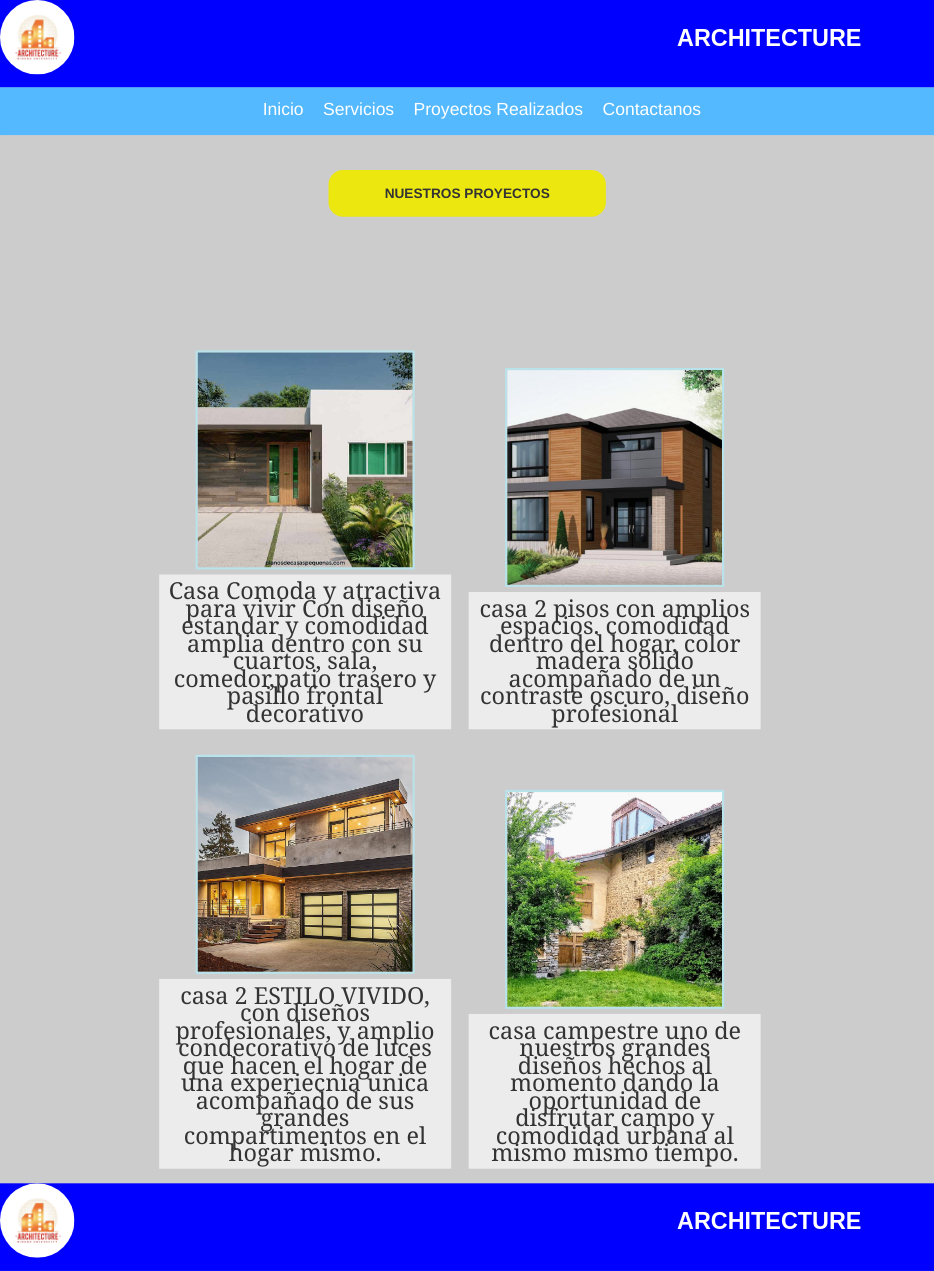
Repository: gabrielestrella18/htdocs
Page: http://localhost/arquitectos/proyectos.php
An editor plug-in stored every save of this project. The page is shown before and after the next save, followed by the edit.
The browser window is 1280 px wide. The pictures show the whole page, at 73% of full size.
The page is run by PHP 8.4 with error messages shown; the project is at /var/www/html/. The database holds what the project's SQL file puts in it.

Above is the page before, as saved 2023-12-11 12:01:41.

### arquitectos/proyectos.php
<!DOCTYPE html>
<html lang="en">
  <head>
    <title></title>
    <meta charset="UTF-8">
    <meta name="viewport" content="width=device-width, initial-scale=1">
    <link href="estilo.css" rel="stylesheet">
  </head>
  <body>
  <?php
  include "arriba.php"
  ?>

<?php
include "menu.php"

?>

<br><br>
<div class="ser">
<h3 class="serv">NUESTROS PROYECTOS</h3>
</div>
<br><br><br><br><br>




<BR></BR>

<div class="contenedor">
    <?php
    include "conexion.php";
    $todos_usuarios = "SELECT * FROM contenidos ORDER BY id ASC";
    $resultado = mysqli_query($conexion, $todos_usuarios);

    while ($registro = mysqli_fetch_assoc($resultado)) {
    ?>
<div class="cajas">
    <a href="<?php  echo $registro['descripcion']?>"
    target="_blank">
    <img class="fotos_promo" src="<?php echo $registro['descripcion'];  ?>"></a>
    <br>
    <p class="titulo_promo"><?php  echo $registro['ruta']; ?></p>
</div>
<?php
    }
?>
</div>




<?php
include "abajo.php"
?>


  </body>
</html>

### arquitectos/arriba.php
<div class="azul">
  <img  class="lg"src="imagenes/arch.jpg" alt="">

  <h1>ARCHITECTURE</h1>
</div>

### arquitectos/menu.php
<div class="menu">
<div class="menuOpciones">
            <a href="index.php">Inicio</a>
            <a href="servicios.php">Servicios</a>
            <a href="proyectos.php">Proyectos Realizados</a>
            <a href="contactos.php">Contactanos</a>
            </div>

</div>

### arquitectos/conexion.php
<?php
$host = "localhost";
$user = "root";
$pass = "";
$bd = "arquitectos";

$conexion = mysqli_connect($host, $user, $pass, $bd);

if (!$conexion){
echo"NO se conecto";
}

### arquitectos/abajo.php

<div class="azul">
  <img  class="lg"src="imagenes/arch.jpg" alt="">

  <h1>ARCHITECTURE</h1>
</div>

### arquitectos/estilo.css
* {
    box-sizing: border-box;
    margin: 0;
    padding: 0;
}

body {
    font-family: helvetica;
    font-size: 16px;
    line-height: 24px;
    color: #333;
    background-color: #cccccc;
    max-width: 1400px;
}

.azul {
    background-color: blue;
    padding-bottom: 120px;
}

.lg {
    float: left;
    width: 8%;
    height: 8%;
    border-radius: 80px;
}

h1 {
    color: white;
    float: right;
    font-family: sans-serif;
    text-align: end;
    padding-top: 40px;
    padding-right: 100px;
}

.menu {
    border: 1px #54b9ff solid;
    background-color: #54b9ff;
    height: 65px;
}

.menuOpciones {
    padding-top: 12px;
    text-align: center;
    margin-top: 5px;
    padding-left: 40px;
    font-size: x-large;
}

.menuOpciones a {
    text-decoration: none;
    color: white;
    padding: 10px;
}

.menuOpciones a:hover {
    color: #373b39;
    background-color: #0afc83;
    padding-top: 16px;
    padding-bottom: 21px;
}

.contenedor_fondo {
    width: 1350px;
    height: 600px;
    margin: auto;
    background-image: url(imagenes/fondoarq.jpg);
    background-repeat: no-repeat;
    background-size: cover;
}

.textofoto {
    color: rgb(7, 2, 2);
    margin: auto;
    text-align: center;
    line-height: 35px;
    padding-top: 200px;
    font-size: x-large;
}

.video {
    text-align: center;
    background-color: #373b39;
    border-radius: 100px;
    width: 700px;
    margin: auto;
    padding-top: 40px;
    padding-bottom: 40px;
}

.botoncito {
    text-align: center;
}

.boton1 {
    color: #ece80f;
    background-color: #ce1111;
    padding-top: 20px;
    padding-bottom: 20px;
    padding-left: 10px;
    padding-right: 10px;
    border-radius: 20px;
    text-decoration: none;
}

h3 {
    text-align: center;
}

.serv {
    background-color: #ece80f;
    padding-top: 20px;
    padding-bottom: 20px;
    padding-left: 10px;
    padding-right: 10px;
    border-radius: 20px;
}

.ser {
    padding-left: 450px;
    padding-right: 450px;
}

p {
    font-weight: 400px;
    font-size: xx-large;
}

.text {
    text-align: center;
}

.caja1 {
    float: left;
    padding-left: 150px;
    padding-top: 60px;
}

.caja2 {
    float: right
}

.plan {
    width: 70%;
    height: 70%;
}

.rojo {
    color: rgb(255, 0, 0);
    font-weight: 800;
}

.text {
    color: black;
    font-size: large;
}

.caja3 {
    float: right;
    padding-right: 200px;
    padding-top: 120px;
}

.caja4 {
    float: left;
}

.co {
    padding-left: 100px;
    width: 600px;
    height: 320px;
}

.caja5 {
    float: left;
    padding-left: 150px;
    padding-top: 60px;
}

.caja6 {
    float: right;
    padding-right: 200px;
}

.re {
    width: 450px;
    height: 300px;
}

.display {
    display: inline-block;
    width: 1350px;
}

.mira {
    text-align: center;
    display: inline-block;
    width: 700px;
}

.ubica {
    display: inline-block;
    width: 600px;
    text-align: center;
    padding-left: 150px;
}

.ubi {
    width: 600px;
    height: 300px;
}

.boton2 {
    color: #ece80f;
    background-color: #ce1111;
    padding-top: 20px;
    padding-bottom: 20px;
    padding-left: 10px;
    padding-right: 10px;
    border-radius: 20px;
    text-decoration: none;
}

.rapi {
    color: rgb(243, 243, 248);
    font-family: 'Franklin Gothic Medium';
    font-size: large;
    background-color: rgb(68, 67, 66);
    border-radius: 20px;
    padding-top: 10px;
    padding-bottom: 10px;
    display: inline-block;
    padding-left: 10px;
    padding-right: 10px;
}

.cuadrado {
    border: 4px #eaeaea solid;
    background-color: #eaeaea;
    padding: 6px 50px;
}

.campos {
    border-radius: 20px;
    border: 1px #999 solid;
    padding: 7px;
    width: 400px;
    /* para que se separen */
    margin-left: 20px;
}

.boton3 {
    padding: 5px 10px;
    margin-left: 35px;
    color: #f0dbdb;
    background-color: #ff5454;
    border-radius: 20px;
    padding-top: 18px;
    padding-bottom: 18px;
    padding-left: 20px;
    padding-right: 20px;
}

.boton3:hover {
    background-color: #38065a;
    color: white;
}

.boton4 {
    padding: 5px 10px;
    background-color: aqua;
    border-radius: 20px;
    padding-top: 18px;
    padding-bottom: 18px;
    padding-left: 20px;
    padding-right: 20px;
}

.boton4:hover {
    background-color: #aaff0b;
    color: white;
}

.centro {
    text-align: center;
}

.contenedor2 {
    width: 1350px;
    height: 700px;
    margin: auto;
    background-image: url(imagenes/muchos.gif);
    background-repeat: no-repeat;
    background-size: cover;
}

h4 {
    color: blue;
    text-align: center;
    font-size: xx-large;
}

.admi {
    text-align: center;
}

.ad {
    color: white;
    background-color: rgb(46, 42, 42);
    border-radius: 20px;
    padding-top: 10px;
    padding-bottom: 10px;
    padding-left: 10px;
    padding-right: 10px;
}

h5 {
    color: blue;
    text-align: center;
    font-size: xx-large;
}

#proy {
    color: white;
    background-color: rgb(5, 5, 48);
    border-radius: 20px;
    padding-top: 10px;
    padding-bottom: 10px;
    padding-left: 10px;
    padding-right: 10px;
    text-decoration: none;
}

.alin {
    display: inline-block;
    width: 600px;
    text-align: center;
}

.lateral {
    display: inline-block;
    width: 1300px;
}

.mueble {
    display: inline-block;
    width: 600px;
}

.mueb {
    width: 70%;
    height: 90%;
}

#cabecera {
    color: #333;
    background-color: yellow;
    text-align: center;
    font-size: x-large;
    padding-top: 30px;
    padding-bottom: 30px;
}

.ancho {
    width: 1000px;
    background-color: aqua;
}

#form1 {
    text-align: center;
}

h2 {
    color: black;
    font-family: fantasy;
    text-align: start;
    background-color: brown;
    padding-top: 25px;
    padding-bottom: 15px;
    text-align: center;
}

p {
    font-family: Georgia, 'Times New Roman', Times, serif;
}

#guardarfoto {
    background-color: blueviolet;
    color: aliceblue;
    border: 0;
    padding: 10px 30px;
    border-radius: 10px;
}

.alinear {
    text-align: right;
    padding-right: 300px;
}

#mostrar {
    background-color: #800000;
    color: white;
    border: 0;
    padding: 10px 30px;
    border-radius: 10px;
}

.contenedor {
    max-width: 1000px;
    margin: auto;
    text-align: center;
}


/* FOTOS */

.fotos {
    border: 1px #999999 solid;
    padding: 10px;
    border-radius: 10px;
    float: left;
    margin-top: 10px;
}

.fotos_promo {
    border: #b9e3eb solid;
    width: 300px;
    height: 300px;
    object-fit: cover;
}

.titulo_promo {
    width: auto;
    padding: 10px;
    background-color: #ececec;
}

.cajas {
    padding-top: 15px;
    width: 400px;
    display: inline-block;
    margin-right: 20px;
    margin-bottom: 20px;
}

.contenedorpadre {
    border: 1px #999999 solid;
    width: 980px;
    margin: auto;
    border-radius: 10px;
    background-color: #e6e6e6;
    padding: 10px;
}

### arquitectos/arquitectos.sql (the tables this page reads)
CREATE TABLE `contenidos` (
  `id` int(10) NOT NULL,
  `ruta` varchar(300) COLLATE utf8mb4_spanish_ci DEFAULT NULL,
  `descripcion` varchar(100) COLLATE utf8mb4_spanish_ci DEFAULT NULL
) ENGINE=InnoDB DEFAULT CHARSET=utf8mb4 COLLATE=utf8mb4_spanish_ci;

INSERT INTO `contenidos` (`id`, `ruta`, `descripcion`) VALUES
(3, 'Casa Comoda y atractiva para vivir \r\nCon diseño estandar y comodidad amplia dentro con su cuartos, sala, comedor,patio trasero y pasillo frontal decorativo', 'infoproyectos/casafach.jpg'),
(4, 'casa 2 pisos con amplios espacios. comodidad dentro del hogar, color madera solido acompañado de un contraste oscuro, diseño profesional', 'infoproyectos/casamadera.jpg'),
(5, 'casa 2 ESTILO VIVIDO, con diseños profesionales, y amplio condecorativo de luces que hacen el hogar de una experiecnia unica acompañado de sus grandes compartimentos en el hogar mismo.', 'infoproyectos/casavivida.jpg'),
(6, 'casa campestre uno de nuestros grandes diseños hechos al momento dando la oportunidad de disfrutar campo y comodidad urbana al mismo mismo tiempo.', 'infoproyectos/muchos.gif');

ALTER TABLE `contenidos`
  ADD PRIMARY KEY (`id`);

ALTER TABLE `contenidos`
  MODIFY `id` int(10) NOT NULL AUTO_INCREMENT, AUTO_INCREMENT=7;

After the next save:
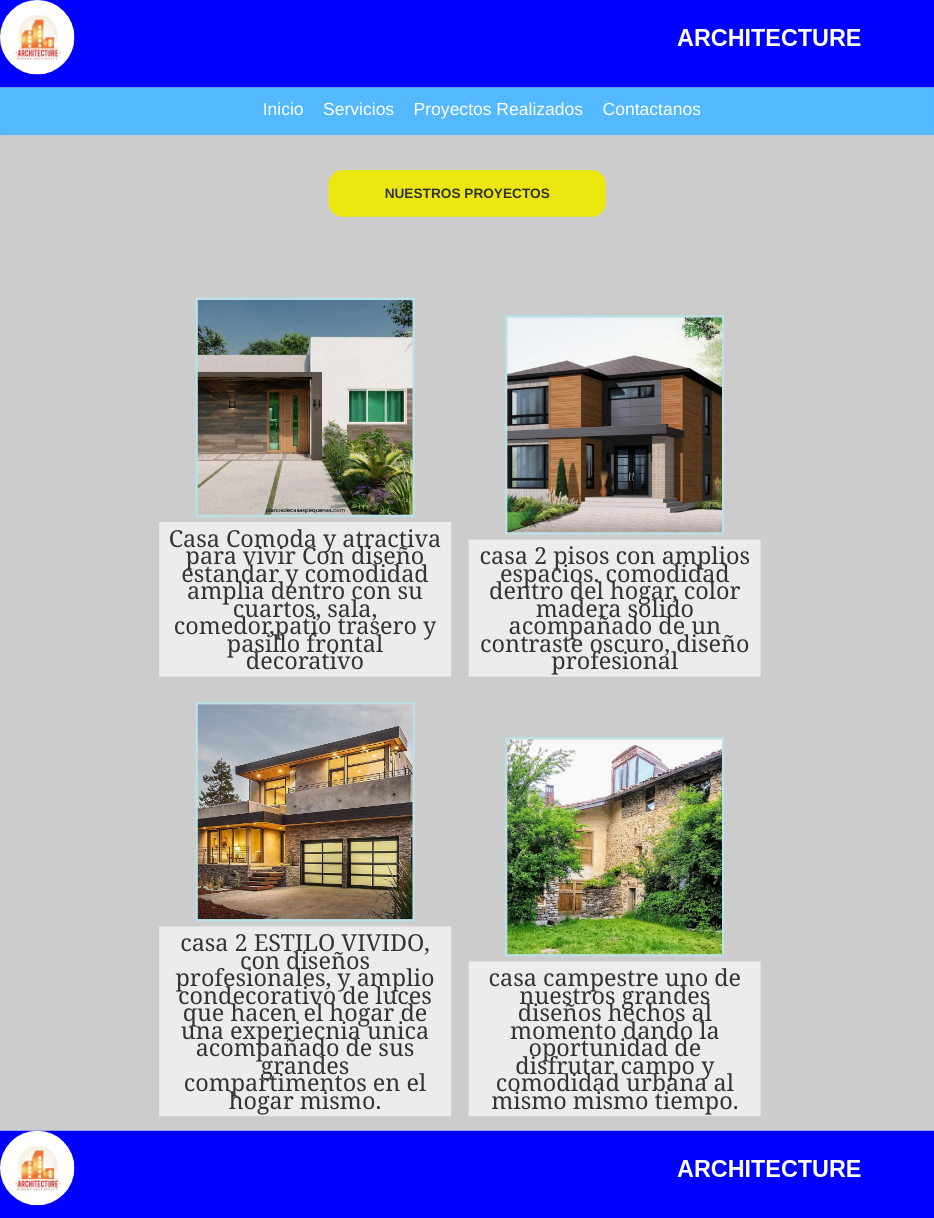
Saved 14 s later.
--- a/arquitectos/proyectos.php
+++ b/arquitectos/proyectos.php
@@ -20,7 +20,7 @@ include "menu.php"
 <div class="ser">
 <h3 class="serv">NUESTROS PROYECTOS</h3>
 </div>
-<br><br><br><br><br>
+<br><br>
 
 
 
